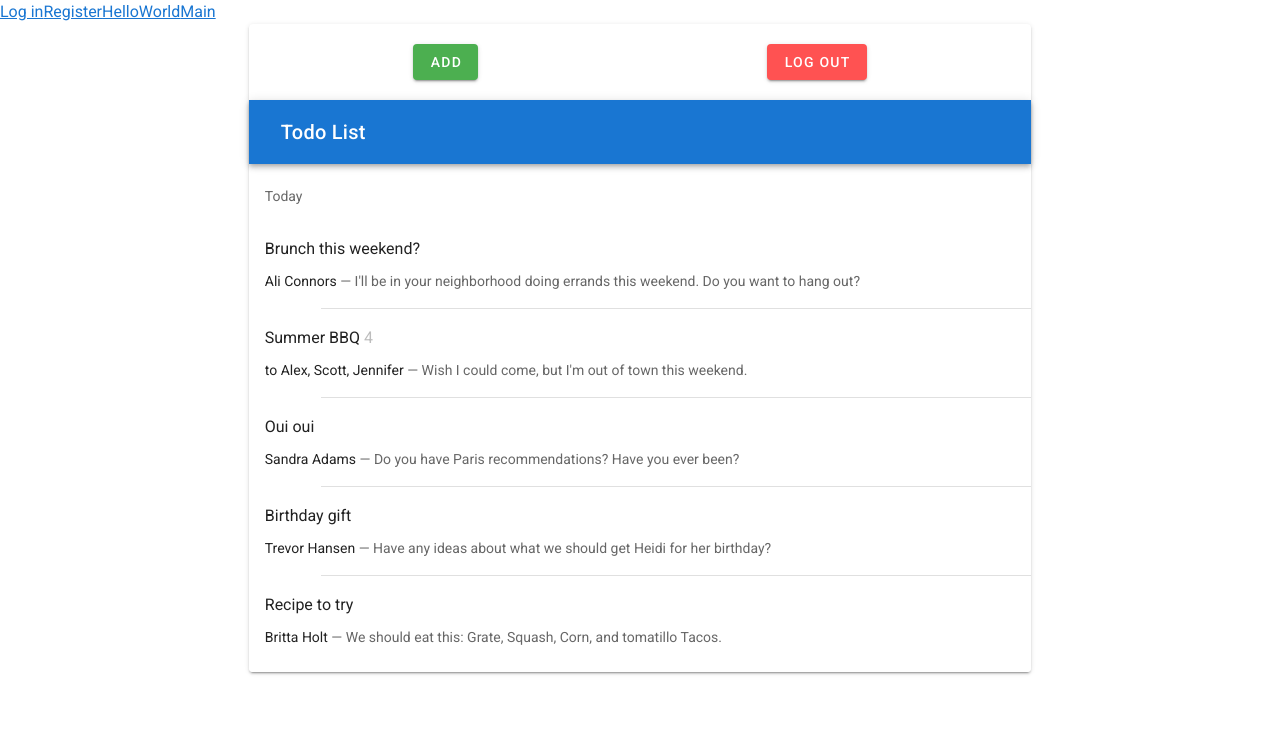
Repository: pao741/vue-todo
Page: /
The author's editor kept a copy of each file at every save. The page is drawn from the files as they stood at one save, then again after the next save.
The browser window is 1280 px wide. The pictures show the whole page.
The project was rebuilt for these pictures with package versions that can differ from the ones it lists, and the page was loaded fresh each time. Also part of the build but not shown: vue.config.js, src/components/Login.vue, src/components/Register.vue, src/components/HelloWorld.vue.

Above is the page before, as saved 2021-02-11 13:13:03.

After the next save:
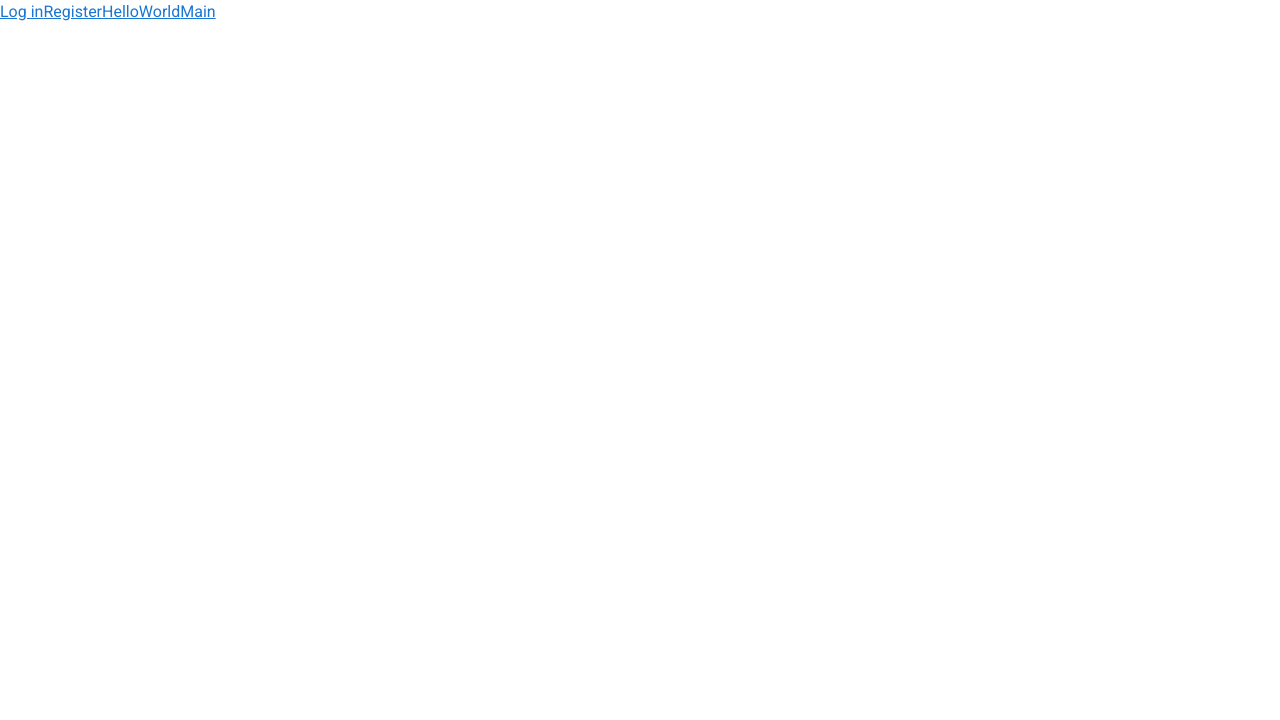
Saved 72 s later.
--- a/src/components/Main.vue
+++ b/src/components/Main.vue
@@ -10,6 +10,10 @@
             <v-col>
               <v-text-field class="header" placeholder="Title"></v-text-field>
               <v-text-field class="header" placeholder="Title"></v-text-field>
+              <v-switch
+                v-model="switch1"
+                :label="`Switch 1: ${switch1.toString()}`"
+              ></v-switch>
               <v-row justify="center">
                 <v-date-picker v-model="date"></v-date-picker>
               </v-row>

After the save that followed:
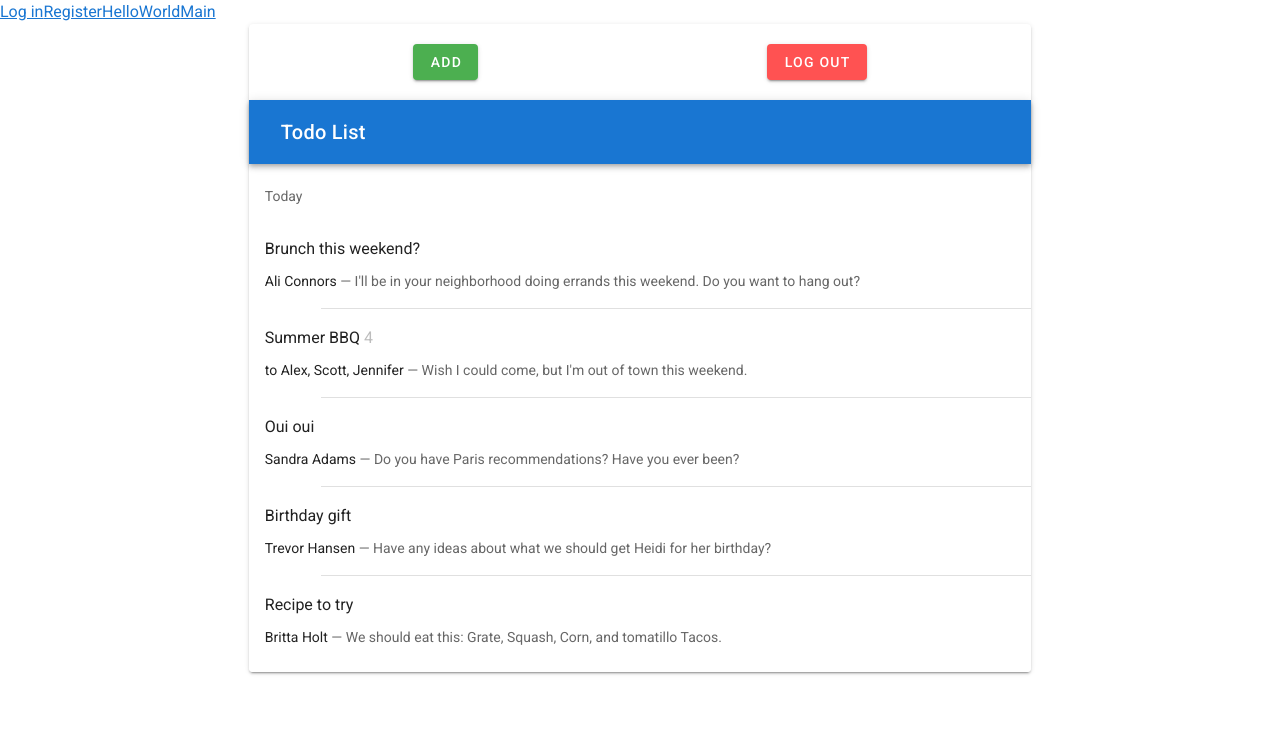
Saved 18 s later.
--- a/src/components/Main.vue
+++ b/src/components/Main.vue
@@ -10,10 +10,7 @@
             <v-col>
               <v-text-field class="header" placeholder="Title"></v-text-field>
               <v-text-field class="header" placeholder="Title"></v-text-field>
-              <v-switch
-                v-model="switch1"
-                :label="`Switch 1: ${switch1.toString()}`"
-              ></v-switch>
+              <v-switch v-model="date" :label="date"></v-switch>
               <v-row justify="center">
                 <v-date-picker v-model="date"></v-date-picker>
               </v-row>
